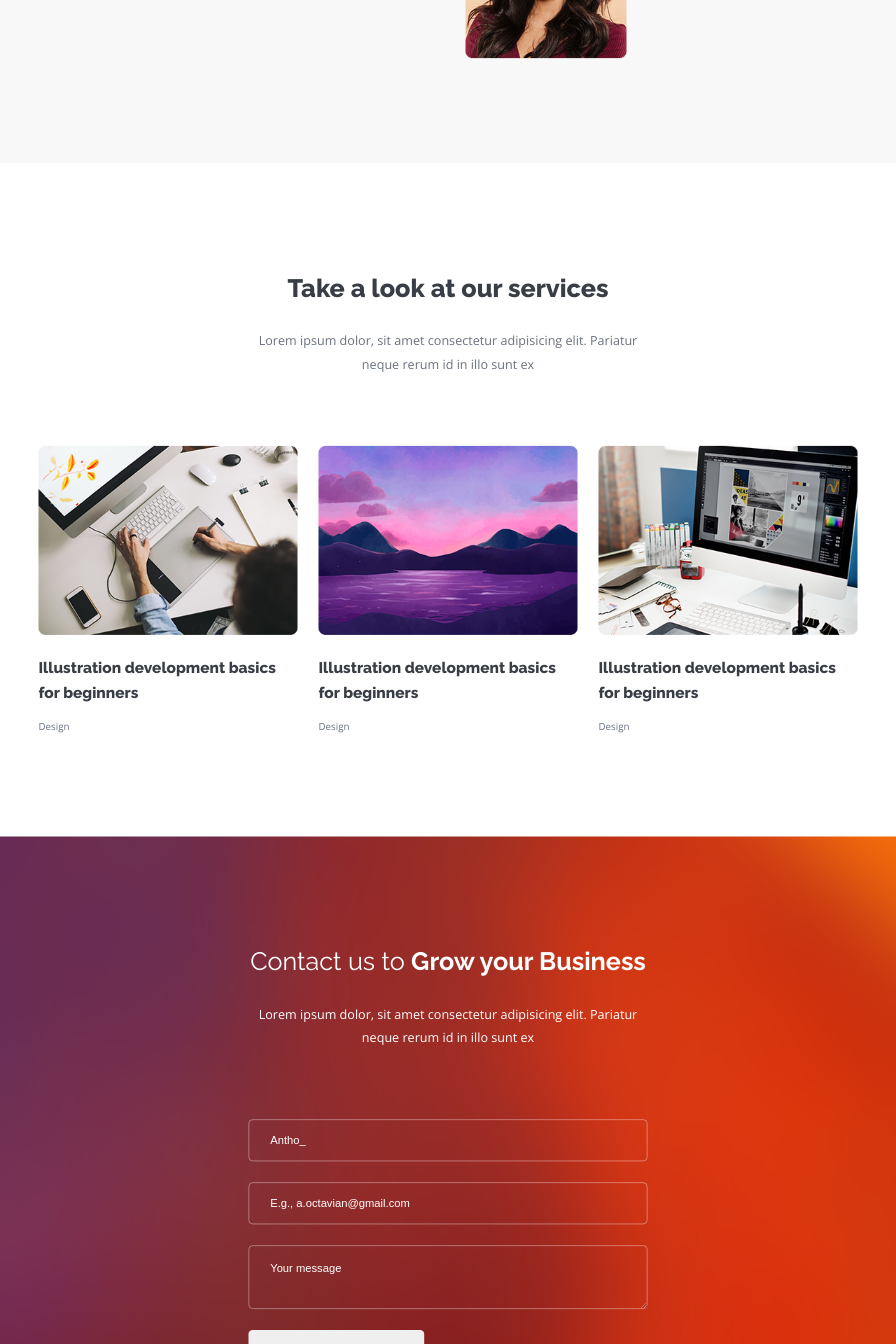
Repository: huydev0401/octavian-1
Page: index.html
An editor plug-in stored every save of this project. The page is shown before and after the next save, followed by the edit.
The browser window is 1280 px wide. The pictures show the part of the page from y = 4580 to 6500 px (the page is 6685 px tall), at 70% of full size.
The style sheet was rebuilt from its Sass, Less or Tailwind sources for each picture, by a compiler version that may differ from the author's.

Above is the page before, as saved 2021-09-02 15:37:24.

### index.html
<!DOCTYPE html>
<html lang="en">
  <head>
    <meta charset="UTF-8" />
    <meta http-equiv="X-UA-Compatible" content="IE=edge" />
    <meta name="viewport" content="width=device-width, initial-scale=1.0" />
    <title>Octavian 1</title>
    <link rel="preconnect" href="https://fonts.googleapis.com">
    <link rel="preconnect" href="https://fonts.gstatic.com" crossorigin>
    <link
        href="https://fonts.googleapis.com/css2?family=Open+Sans:ital,wght@0,300;0,400;0,600;1,700&family=Raleway:wght@400;600;700;800&display=swap"
        rel="stylesheet">
    <link href="https://unpkg.com/ionicons@4.5.10-0/dist/css/ionicons.min.css" rel="stylesheet">
    <link rel="stylesheet" href="./css/app.css">
  </head>
  <body>
    <div class="wrapper">
        <header class="header">
            <div class="container">
                <div class="header-main">
                    <a href="index.html" class="header-logo">
                        <img src="./images/logo.png" alt="">
                    </a>
                    <div class="navigation">
                        <span class="header-phone">
                            Phone: <a href="tel: +055 - 951 237 851">+055 - 951 237 851</a>
                        </span>
                        <img src="./images/icon-search.png" alt="" class="icon-search">
                        <img src="./images/icon-bars.png" alt="" class="menu-toogle">
                    </div>
                </div>
            </div>
        </header>
        <main class="main">
            <section class="hero">
                <img src="./images/img1.png" alt="" class="hero-image">
                <div class="hero-content">
                    <h2 class="hero-caption">
                        creative & digital
                    </h2>
                    <h1 class="hero-heading">
                        Agency
                    </h1>
                    <a href="#" class="hero-link">Purchase Now</a>
                </div>
            </section>
            <section class="portfolio">
                <div class="container">
                   <div class="portfolio-list">
                        <div class="portfolio-column">
                            <div class="portfolio-item">
                                <a href="#" class="portfolio-image">
                                    <img src="./images/img2.png" alt="">
                                </a>
                                <h3>
                                    <a class="portfolio-title title" href="#">Campaign of exhibition of architectural field</a>
                                </h3>
                                <span>
                                    <a href="#" class="portfolio-category text--small">Brand</a>
                                </span>
                            </div>
                            <div class="portfolio-item">
                                <a href="#" class="portfolio-image">
                                    <img src="./images/img3.png" alt="">
                                </a>
                                <h3>
                                    <a class="portfolio-title title" href="#">Campaign of exhibition of architectural field</a>
                                </h3>
                                <span>
                                    <a href="#" class="portfolio-category text--small">Brand</a>
                                </span>
                            </div>
                            <div class="portfolio-item">
                                <a href="#" class="portfolio-image">
                                    <img src="./images/img4.png" alt="">
                                </a>
                                <h3>
                                    <a class="portfolio-title title" href="#">Campaign of exhibition of architectural field</a>
                                </h3>
                                <span>
                                    <a href="#" class="portfolio-category text--small">Brand</a>
                                </span>
                            </div>
                        </div>
                        <div class="portfolio-column">
                            <div class="portfolio-item">
                                <a href="#" class="portfolio-image">
                                    <img src="./images/img5.png" alt="">
                                </a>
                                <h3>
                                    <a class="portfolio-title title" href="#">Campaign of exhibition of architectural field</a>
                                </h3>
                                <span>
                                    <a href="#" class="portfolio-category text--small">Brand</a>
                                </span>
                            </div>
                            <div class="portfolio-item">
                                <a href="#" class="portfolio-image">
                                    <img src="./images/img6.png" alt="">
                                </a>
                                <h3>
                                    <a class="portfolio-title title" href="#">Campaign of exhibition of architectural field</a>
                                </h3>
                                <span>
                                    <a href="#" class="portfolio-category text--small">Brand</a>
                                </span>
                            </div>
                            <div class="portfolio-item">
                                <a href="#" class="portfolio-image">
                                    <img src="./images/img7.png" alt="">
                                </a>
                                <h3>
                                    <a class="portfolio-title title" href="#">Campaign of exhibition of architectural field</a>
                                </h3>
                                <span>
                                    <a href="#" class="portfolio-category text--small">Brand</a>
                                </span>
                            </div>
                            <div class="portfolio-item">
                                <a href="#" class="portfolio-image">
                                    <img src="./images/img8.png" alt="">
                                </a>
                                <h3>
                                    <a class="portfolio-title title" href="#">Campaign of exhibition of architectural field</a>
                                </h3>
                                <span>
                                    <a href="#" class="portfolio-category text--small">Brand</a>
                                </span>
                            </div>
                        </div>
                        <div class="portfolio-column">
                            <div class="portfolio-item">
                                <a href="#" class="portfolio-image">
                                    <img src="./images/img9.png" alt="">
                                </a>
                                <h3>
                                    <a class="portfolio-title title" href="#">Campaign of exhibition of architectural field</a>
                                </h3>
                                <span>
                                    <a href="#" class="portfolio-category text--small">Brand</a>
                                </span>
                            </div>
                            <div class="portfolio-item">
                                <a href="#" class="portfolio-image">
                                    <img src="./images/img10.png" alt="">
                                </a>
                                <h3>
                                    <a class="portfolio-title title" href="#">Campaign of exhibition of architectural field</a>
                                </h3>
                                <span>
                                    <a href="#" class="portfolio-category text--small">Brand</a>
                                </span>
                            </div>
                            <div class="portfolio-item">
                                <a href="#" class="portfolio-image">
                                    <img src="./images/img11.png" alt="">
                                </a>
                                <h3>
                                    <a class="portfolio-title title" href="#">Campaign of exhibition of architectural field</a>
                                </h3>
                                <span>
                                    <a href="#" class="portfolio-category text--small">Brand</a>
                                </span>
                            </div>
                        </div>
                   </div>
                   <a href="#" class="btn btn--primary portfolio-link">Get Started</a>
                </div>
            </section>
            <section class="partner">
                <div class="container">
                    <div class="partner-list">
                        <a href="#" class="partner-item">
                            <img src="./images/logo1.png" alt="">
                        </a>
                        <a href="#" class="partner-item">
                            <img src="./images/logo2.png" alt="">
                        </a>
                        <a href="#" class="partner-item">
                            <img src="./images/logo3.png" alt="">
                        </a>
                        <a href="#" class="partner-item">
                            <img src="./images/logo4.png" alt="">
                        </a>
                        <a href="#" class="partner-item">
                            <img src="./images/logo5.png" alt="">
                        </a>
                        <a href="#" class="partner-item">
                            <img src="./images/logo6.png" alt="">
                        </a>
                        <a href="#" class="partner-item">
                            <img src="./images/logo7.png" alt="">
                        </a>
                        <a href="#" class="partner-item">
                            <img src="./images/logo8.png" alt="">
                        </a>
                    </div>
                </div>
            </section>
            <section class="team">
                <div class="container">
                   <div class="team-main">
                        <div class="team-content">
                            <h2 class="team-heading heading">
                                Our team will be Happy to help you
                            </h2>
                            <p class="team-desc text">
                                Lorem ipsum dolor sit amet consectetur adipisicing elit. Mollitia sapiente perferendis architecto repudiandae
                            </p>
                            <a href="#" class="btn btn--primary team-link">Get Started</a>
                        </div>
                        <div class="team-images">
                            <div class="team-column">
                                <a href="#" class="team-image">
                                    <img src="./images/team1.png" alt="">
                                </a>
                                <a href="#" class="team-image">
                                    <img src="./images/team2.png" alt="" class="team-image2">
                                </a>
                            </div>
                            <div class="team-column">
                                <a href="#" class="team-image">
                                    <img src="./images/team3.png" alt="">
                                </a>
                            </div>
                        </div>
                   </div>
                </div>
            </section>
            <section class="blog">
                <div class="container">
                    <div class="blog-header">
                        <h2 class="blog-heading heading">
                            Take a look at our services
                        </h2>
                        <p class="blog-desc text">
                            Lorem ipsum dolor, sit amet consectetur adipisicing elit. Pariatur neque rerum id in illo sunt ex
                        </p>
                    </div>
                    <div class="blog-content">
                        <div class="blog-item">
                            <a href="#" class="blog-image">
                                <img src="./images/blog1.png" alt="">
                            </a>
                            <h3>
                                <a href="#" class="blog-title title">
                                    Illustration development basics for beginners
                                </a>
                            </h3>
                            <a href="#" class="blog-category text--small">Design</a>
                        </div>
                        <div class="blog-item">
                            <a href="#" class="blog-image">
                                <img src="./images/blog2.png" alt="">
                            </a>
                            <h3>
                                <a href="#" class="blog-title title">
                                    Illustration development basics for beginners
                                </a>
                            </h3>
                            <a href="#" class="blog-category text--small">Design</a>
                        </div>
                        <div class="blog-item">
                            <a href="#" class="blog-image">
                                <img src="./images/blog3.png" alt="">
                            </a>
                            <h3>
                                <a href="#" class="blog-title title">
                                    Illustration development basics for beginners
                                </a>
                            </h3>
                            <a href="#" class="blog-category text--small">Design</a>
                        </div>
                    </div>
                </div>
            </section>
            <section class="contact">
                <div class="container">
                    <div class="contact-container">
                        <div class="contact-header">
                            <h2 class="contact-heading heading">
                                Contact us to <span>Grow your Business</span>
                            </h2>
                            <p class="contact-desc text">
                                Lorem ipsum dolor, sit amet consectetur adipisicing elit. Pariatur neque rerum id in illo sunt ex
                            </p>
                        </div>
                        <form class="contact-form">
                            <input type="text" class="contact-input contact-filed" placeholder="Antho_">
                            <input type="email" class="contact-input contact-filed" placeholder="E.g., a.octavian@gmail.com">
                            <textarea class="contact-area contact-filed" placeholder="Your message"></textarea>
                            <button type="submit" class="btn btn-secondary">Send Message</button>
                        </form>
                    </div>
                </div>
            </section>
        </main>
    </div>
  </body>
</html>

### scss/app.scss
@import "variables";
@import "function";
@import "reset";
@import "base";
@import "header";
@import "hero";
@import "portfolio";
@import "partner";
@import "team";
@import "blog";
@import "contact";

### scss/_variables.scss
$primary-font: "Open Sans", sans-serif;
$secondary-font: "Raleway", sans-serif;
$gray: #393e46;
$gray-dark: #282f3a;
$gray-darkest: #252b36;
$gray-light: #6a727f;
$gray-lightest: #f8f8f9;
$blue-color: #4a44f2;

### scss/_function.scss
@use 'sass:math';
@function lineH($s, $h) {
  @return math.div($s, $h);
} ;

### scss/_base.scss
*,
*:before,
*:after {
  box-sizing: border-box;
}
/* using rem unit */
html {
  font-size: 62.5%;
  scroll-behavior: smooth;
}
a {
  text-decoration: none;
}
img {
  display: block;
  max-width: 100%;
}
body {
  font-family: $primary-font;
  font-size: 18px;
  line-height: 1;
}
input,
button,
textarea,
select {
  outline: none;
  font-family: "Poppins", sans-serif;
  font-size: 16px;
  line-height: 1;
}
input {
  line-height: normal;
}
button {
  cursor: pointer;
}

h1,
h2,
h3,
h4,
h5,
h6 {
  font-family: $secondary-font;
}

.wrapper {
  max-width: 1920px;
  margin: 0 auto;
}

.container {
  max-width: 1200px;
  margin: 0 auto;
  padding-left: 15px;
  padding-right: 15px;
}

.heading {
  font-size: 36px;
  font-weight: 800;
  line-height: lineH(56, 36);
  margin-bottom: 30px;
  color: $gray;
}

.title {
  display: block;
  font-size: 22px;
  line-height: lineH(35, 22);
  color: $gray;
  font-weight: 800;
  margin-bottom: 20px;
  margin-top: 30px;
}

.text {
  display: block;
  font-weight: 400;
  color: $gray-light;
  line-height: lineH(34, 18);
  &--small {
    font-size: 14px;
    color: $gray-light;
  }
}

.btn {
  border: none;
  outline: none;
  cursor: pointer;
  display: inline-flex;
  align-items: center;
  justify-content: center;
  height: 55px;
  padding-left: 70px;
  padding-right: 70px;
  border-radius: 6px;
  color: #fff;
  font-weight: 600;
  font-size: 16px;
  &--primary {
    background-color: $blue-color;
  }
  &--secondary {
    background-image: linear-gradient(to right, #f4759f, #ffab3d);
  }
}

### scss/_header.scss
.header {
  &-main {
    padding: 40px 0;
    display: flex;
    align-items: center;
    justify-content: space-between;
  }
  &-logo {
    display: inline-block;
  }
  &-phone {
    display: inline-block;
    font-size: 16px;
    font-weight: 300;
    color: $gray;
    a {
      font-weight: 600;
      color: inherit;
      margin-left: 20px;
    }
  }
}

.navigation {
  display: flex;
  align-items: center;
  gap: 0 70px;
}

### scss/_hero.scss
.hero {
  margin-bottom: 200px;
  position: relative;
  &-image {
    margin-left: auto;
    max-width: 65%;
  }
  &-content {
    position: absolute;
    z-index: 2;
    left: 18.75%;
    top: 50%;
    transform: translateY(-50%);
    color: $gray;
  }
  &-caption {
    font-size: 72px;
    font-weight: 600;
    margin-bottom: 20px;
  }
  &-heading {
    font-size: 150px;
    font-weight: 800;
    text-transform: uppercase;
    margin-bottom: 40px;
  }
  &-link {
    color: $gray-light;
    text-decoration: underline;
  }
}

### scss/_portfolio.scss
.portfolio {
  margin-bottom: 150px;
  &-list {
    display: grid;
    grid-template-columns: repeat(3, 1fr);
    grid-gap: 0 90px;
    margin-bottom: 100px;
  }
  &-column {
    display: flex;
    align-items: center;
    flex-direction: column;
    gap: 90px 0;
  }
  &-link {
    position: relative;
    left: 50%;
    transform: translateX(-50%);
  }
}

### scss/_partner.scss
.partner {
  padding: 150px 0;
  &-list {
    display: grid;
    grid-template-columns: repeat(4, 1fr);
    grid-gap: 100px 0;
  }
  &-item {
    display: flex;
    justify-content: center;
    align-items: center;
    padding: 0 45px;
    transition: all 0.2s linear;
    &:hover {
      opacity: 0.3;
    }
  }
}

### scss/_team.scss
.team {
  padding: 150px 0;
  background-color: $gray-lightest;
  &-main {
    display: flex;
    align-items: center;
    gap: 0 100px;
  }
  &-content {
    max-width: 370px;
  }
  &-desc {
    margin-bottom: 50px;
  }
  &-images {
    max-width: 670px;
    display: flex;
    align-items: center;
    gap: 0 30px;
  }
  &-image2 {
    margin: 30px 0 0 auto;
  }
}

### scss/_blog.scss
.blog {
  padding: 150px 0;
  &-header {
    max-width: 570px;
    margin: 0 auto 100px;
    text-align: center;
  }
  &-content {
    display: grid;
    grid-template-columns: repeat(3, 1fr);
    grid-gap: 0 30px;
  }
}

### scss/_contact.scss
.contact {
  padding: 150px 0;
  background: url("../images/contact-bg.png") no-repeat center / cover;
  &-container {
    max-width: 570px;
    margin: 0 auto;
  }
  &-header {
    text-align: center;
    margin-bottom: 100px;
  }
  &-heading {
    font-weight: 400;
    span {
      font-weight: 700;
    }
  }
  &-heading,
  &-desc {
    color: #fff;
  }
  .contact-filed {
    outline: none;
    border: 1px solid rgba(#fff, 0.5);
    background-color: transparent;
    padding: 20px 30px;
    margin-bottom: 30px;
    border-radius: 6px;
    display: block;
    width: 100%;
    color: #fff;
    font-weight: 400;
    &::-webkit-input-placeholder {
      color: #fff;
    }
    &::-moz-input-placeholder {
      color: #fff;
    }
  }
  .contact-area {
    line-height: 1.55;
  }
}

Loaded but not shown: scss/_reset.scss (common file)

After the next save:
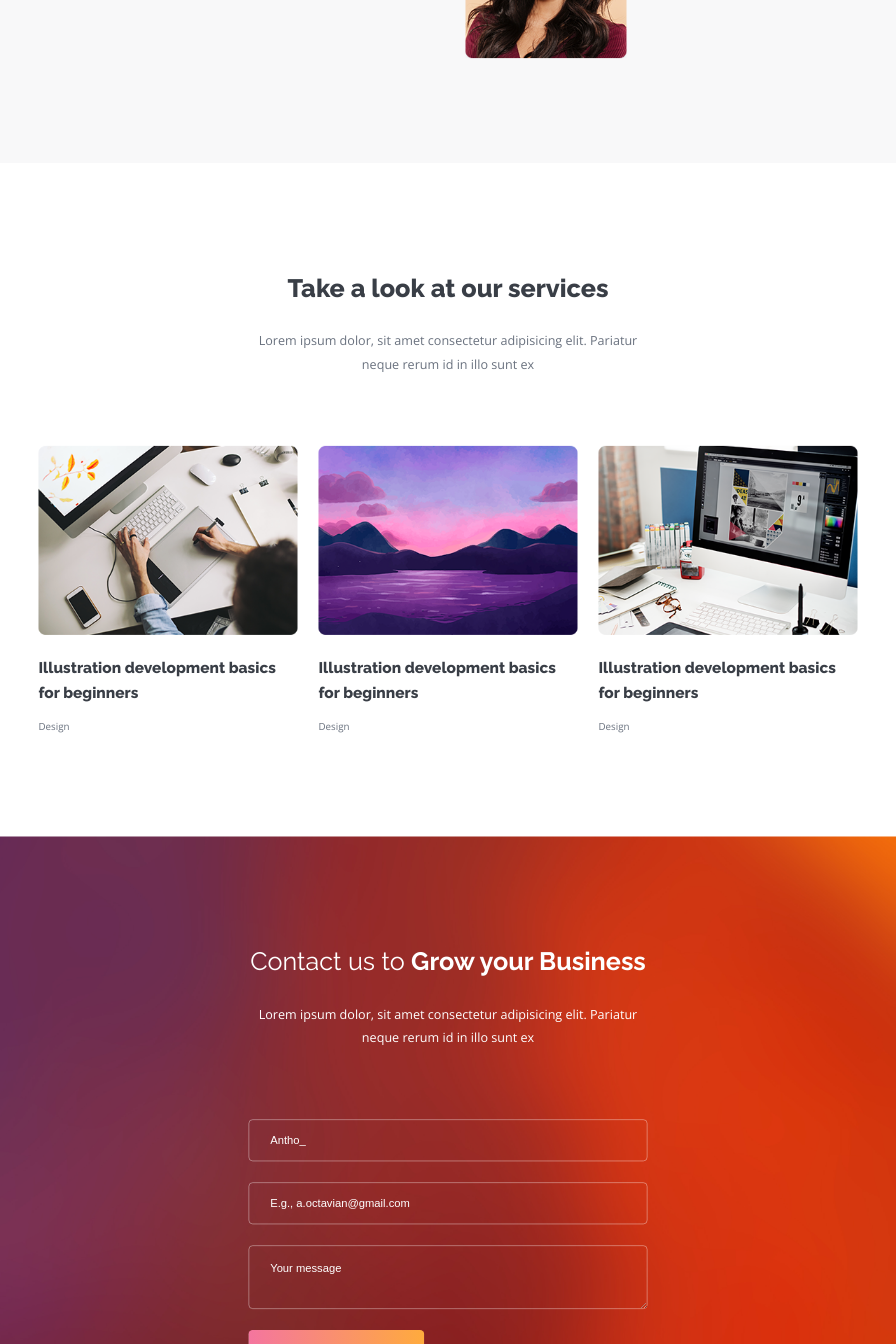
Saved 8 s later.
--- a/index.html
+++ b/index.html
@@ -289,7 +289,7 @@
                             <input type="text" class="contact-input contact-filed" placeholder="Antho_">
                             <input type="email" class="contact-input contact-filed" placeholder="E.g., a.octavian@gmail.com">
                             <textarea class="contact-area contact-filed" placeholder="Your message"></textarea>
-                            <button type="submit" class="btn btn-secondary">Send Message</button>
+                            <button type="submit" class="btn btn--secondary">Send Message</button>
                         </form>
                     </div>
                 </div>
